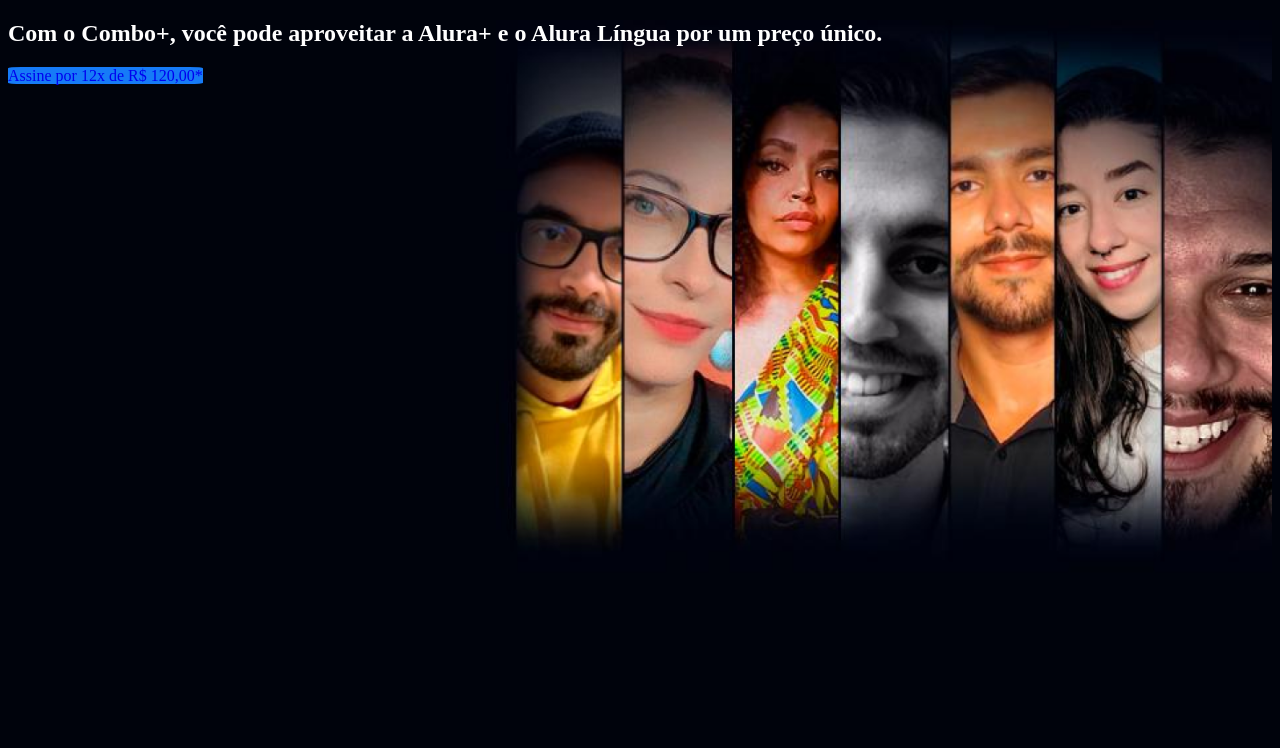
Repository: DamnDTX/praticando-font-end
Page: index.html
These files come from the project's save history. The page is drawn as it stood at one moment and after the next save; the edit follows.
The browser window is 1280 px wide. The pictures show the whole page.

Above is the page before, as saved 2023-07-13 14:33:31.

### index.html
<!DOCTYPE html>
<html lang="pt-br">
<head>
    <meta charset="UTF-8">
    <meta name="viewport" content="width=device-width, initial-scale=1.0">
    <link rel="stylesheet" href="./css/styles.css">
    <link rel="reset" href="./css/reset.css">
    <title>Alura-Plus</title>
</head>
<body>
    <header>

    </header>

        <section class="container principal">
        <h1>
            Com o Combo+, você pode aproveitar a Alura+ e o Alura Língua por um preço único.
     </h1>
     <a href="www.alura.com.br" class="container__botao">Assine por 12x de R$ 120,00*</a>
        </section>

    <footer>

    </footer>
</body>
</html>

### css/styles.css
:root {
    --corbackground: #00030C;
    --cor-titulo: #FFFFFF;
    --cor-subfrases: #C0C0C0;
    --cor-botao: #167BF7;
}

body{
    background-color: var(--corbackground);
    color: var(--cor-titulo);
}

.principal{
    background-image: url("/imagens/Background.png");
    background-repeat: no-repeat;
    background-size: contain;
}


.container
{
    height: 100vh;
}

.container__botao{
text-decoration: none;
background-color: var(--cor-botao);
border-radius: 7%;
}

After the next save:
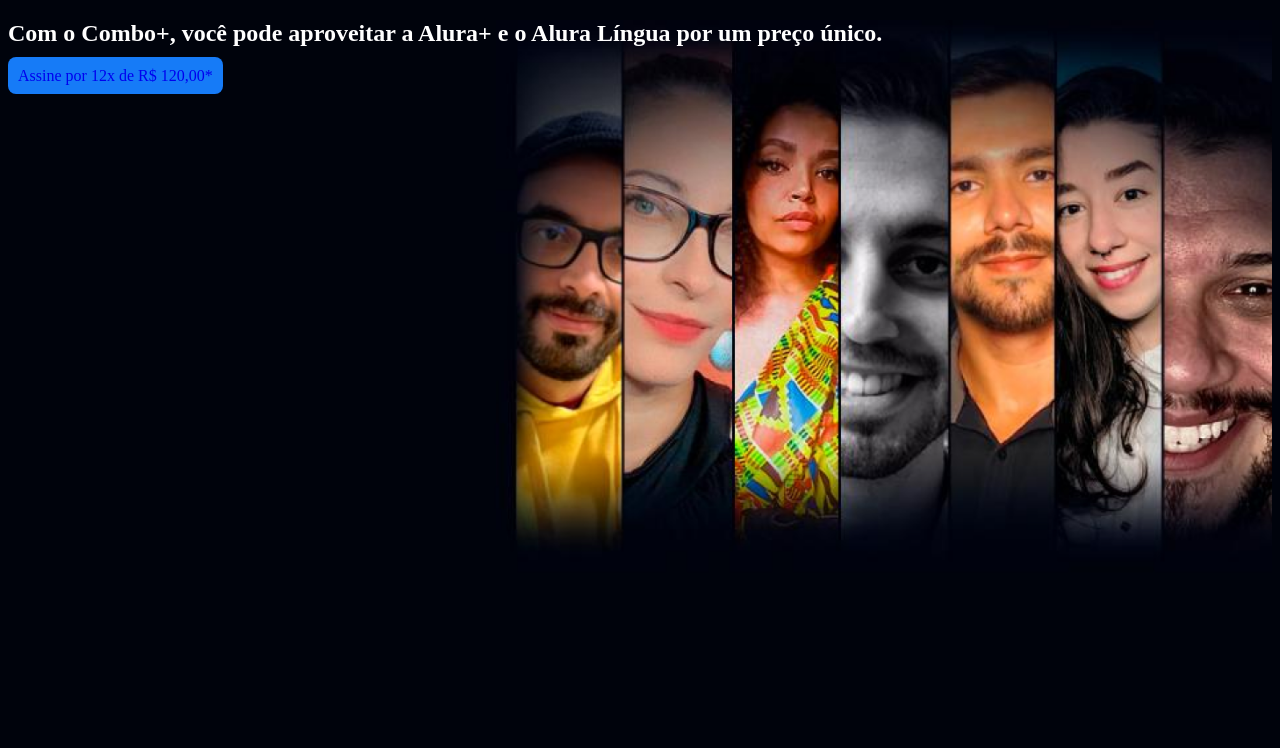
Saved 49 s later.
--- a/css/styles.css
+++ b/css/styles.css
@@ -25,5 +25,6 @@
 .container__botao{
 text-decoration: none;
 background-color: var(--cor-botao);
-border-radius: 7%;
+border-radius: 8px;
+padding: 10px;
 }
